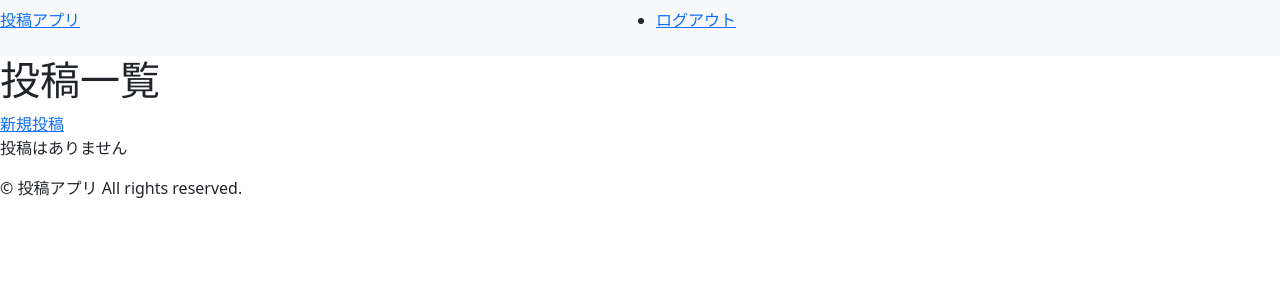
Repository: Yu62ballena/laravel_posting_app
Page: http://localhost/posts
The author's editor kept a copy of each file at every save. The page is drawn from the files as they stood at one save, then again after the next save.
The browser window is 1280 px wide. The pictures show the whole page.
The page is served by the project's Laravel application, run on PHP 8.4 with Laravel 10. A made-up administrator, Test User (test@example.com), is signed in. Other server files are loaded and not shown. Queries for data that is not in the repository find no rows.

Above is the page before, as saved 2024-05-21 13:49:15.

### routes/web.php
<?php

use App\Http\Controllers\ProfileController;
use Illuminate\Support\Facades\Route;
use App\Http\Controllers\PostController;

/*
|--------------------------------------------------------------------------
| Web Routes
|--------------------------------------------------------------------------
|
| Here is where you can register web routes for your application. These
| routes are loaded by the RouteServiceProvider and all of them will
| be assigned to the "web" middleware group. Make something great!
|
*/
Route::get('/', [PostController::class, 'index'])->middleware(['auth', 'verified'])->name('posts.index');

// Route::get('/dashboard', function () {
//     return view('dashboard');
// })->middleware(['auth', 'verified'])->name('dashboard');

// Route::middleware('auth')->group(function () {
//     Route::get('/profile', [ProfileController::class, 'edit'])->name('profile.edit');
//     Route::patch('/profile', [ProfileController::class, 'update'])->name('profile.update');
//     Route::delete('/profile', [ProfileController::class, 'destroy'])->name('profile.destroy');
// });

require __DIR__.'/auth.php';

// Route::get('/posts', [PostController::class, 'index'])->middleware(['auth', 'verified'])->name('posts.index');
// Route::get('/posts/create', [PostController::class, 'create'])->middleware(['auth', 'verified'])->name('posts.create');
// Route::post('/posts', [PostController::class, 'store'])->middleware(['auth', 'verified'])->name('posts.store');
// Route::get('/posts/{post}', [PostController::class, 'show'])->middleware(['auth', 'verified'])->name('posts.show');
// Route::get('/posts/{post}/edit', [PostController::class, 'edit'])->middleware(['auth', 'verified'])->name('posts.edit');
// Route::patch('/posts/{post}', [PostController::class, 'update'])->middleware(['auth', 'verified'])->name('posts.update');
// Route::delete('/posts/{post}', [PostController::class, 'destroy'])->middleware(['auth', 'verified'])->name('posts.destroy');

Route::resource('posts', PostController::class)->middleware(['auth', 'verified']);

### app/Models/User.php
<?php

namespace App\Models;

// use Illuminate\Contracts\Auth\MustVerifyEmail;
use Illuminate\Database\Eloquent\Factories\HasFactory;
use Illuminate\Foundation\Auth\User as Authenticatable;
use Illuminate\Notifications\Notifiable;
use Laravel\Sanctum\HasApiTokens;
use Illuminate\Contracts\Auth\MustVerifyEmail;

class User extends Authenticatable implements MustVerifyEmail
{
    use HasApiTokens, HasFactory, Notifiable;

    /**
     * The attributes that are mass assignable.
     *
     * @var array<int, string>
     */
    protected $fillable = [
        'name',
        'email',
        'password',
    ];

    /**
     * The attributes that should be hidden for serialization.
     *
     * @var array<int, string>
     */
    protected $hidden = [
        'password',
        'remember_token',
    ];

    /**
     * The attributes that should be cast.
     *
     * @var array<string, string>
     */
    protected $casts = [
        'email_verified_at' => 'datetime',
        'password' => 'hashed',
    ];

    public function posts() {
        return $this->hasMany(Post::class);
    }
}

### app/Http/Controllers/PostController.php
<?php

namespace App\Http\Controllers;

use Illuminate\Http\Request;
use App\Models\Post;
use Illuminate\Support\Facades\Auth;
use App\Http\Requests\PostRequest;

class PostController extends Controller
{
    public function index() {
        $posts = Auth::user()->posts()->orderBy('created_at', 'desc')->get();

        return view('posts.index', compact('posts'));
    }

    public function show(Post $post) {
        return view('posts.show', compact('post'));
    }

    public function create() {
        return view('posts.create');
    }

    public function store(PostRequest $request) {
        $post = new Post();
        $post->title = $request->input('title');
        $post->content = $request->input('content');
        $post->user_id = Auth::id();
        $post->save();

        return redirect()->route('posts.index')->with('flash_message', '投稿が完了しました。');
    }

    public function edit(Post $post) {
        if($post->user_id !== Auth::id()) {
            return redirect()->route('posts.index')->with('error_message', '不正なアクセスです。');
        }

        return view('posts.edit', compact('post'));
    }

    public function update(PostRequest $request, Post $post) {
        if($post->user_id !== Auth::id()) {
            return redirect()->route('posts.index')->with('error_message', '不正なアクセスです。');
        }

        $post->title = $request->input('title');
        $post->content = $request->input('content');
        $post->save();

        return redirect()->route('posts.show', $post)->with('flash_message', '投稿を編集しました。');
    }

    public function destroy(Post $post) {
        if($post->user_id !== Auth::id()) {
            return redirect()->route('posts.index')->with('error_message', '不正なアクセスです。');
        }

        $post->delete();

        return redirect()->route('posts.index')->with('flash_message', '投稿を削除しました。');
    }
}

### app/Models/Post.php
<?php

namespace App\Models;

use Illuminate\Database\Eloquent\Factories\HasFactory;
use Illuminate\Database\Eloquent\Model;

class Post extends Model
{
    use HasFactory;

    public function user() {
        return $this->belongsTo(User::class);
    }
}

### resources/views/posts/index.blade.php
<!DOCTYPE html>
<html lang="ja">
<head>
    <meta charset="UTF-8">
    <meta name="viewport" content="width=device-width, initial-scale=1.0">
    <meta http-equiv="X-UA-Compatible" content="ie=edge">
    <title>投稿一覧</title>

      {{-- Bootstrap --}}
      <link href="https://cdn.jsdelivr.net/npm/bootstrap@5.3.0/dist/css/bootstrap.min.css" rel="stylesheet" integrity="sha384-9ndCyUaIbzAi2FUVXJi0CjmCapSmO7SnpJef0486qhLnuZ2cdeRhO02iuK6FUUVM" crossorigin="anonymous">
</head>
<body>
    <header>
        <nav class="navbar navbar-light bg-light">
<p>
                <a href="{{ route('posts.index') }}">投稿アプリ</a>

                <ul>
                    <li>
                        <a href="{{ route('logout') }}" onclick="event.preventDefault(); document.getElementById('logout-form').submit();">ログアウト</a>
                        <form id="logout-form" action="{{ route('logout') }}" method="POST">
                            @csrf
                        </form>
                    </li>
                </ul>
</p>
        </nav>
    </header>

        <main>
            <h1>投稿一覧</h1>

            @if(session('flash_message'))
                <p>{{ session('flash_message') }}</p>
            @endif

            @if(session('error_message'))
                <p>{{ session('error_message') }}</p>
            @endif

            <a href="{{ route('posts.create') }}">新規投稿</a>

            @if($posts->isNotEmpty())
                @foreach ($posts as $post)
                    <article>
                        <h2>{{ $post->title }}</h2>
                        <p>{{ $post->content }}</p>
                        <a href="{{ route('posts.show', $post) }}">詳細</a>
                        <a href="{{ route('posts.edit', $post) }}">編集</a>
                        <form action="{{ route('posts.destroy', $post) }}" method="POST" onsubmit="return confirm('本当に削除してもよろしいですか？');">
                            @csrf
                            @method('DELETE')
                            <button type="submit">削除</button>
                        </form>
                    </article>
                @endforeach
            @else
                <p>投稿はありません</p>
            @endif
        </main>

        <footer>
            <p>&copy; 投稿アプリ All rights reserved.</p>
        </footer>

         {{-- Bootstrap --}}
     <script src="https://cdn.jsdelivr.net/npm/bootstrap@5.3.0/dist/js/bootstrap.bundle.min.js" integrity="sha384-geWF76RCwLtnZ8qwWowPQNguL3RmwHVBC9FhGdlKrxdiJJigb/j/68SIy3Te4Bkz" crossorigin="anonymous"></script>

</body>
</html>

Loaded but not shown: routes/auth.php (common file); app/Http/Controllers/Auth/EmailVerificationPromptController.php (common file); app/Http/Controllers/Controller.php (common file); app/Http/Controllers/Auth/VerifyEmailController.php (common file)

After the next save:
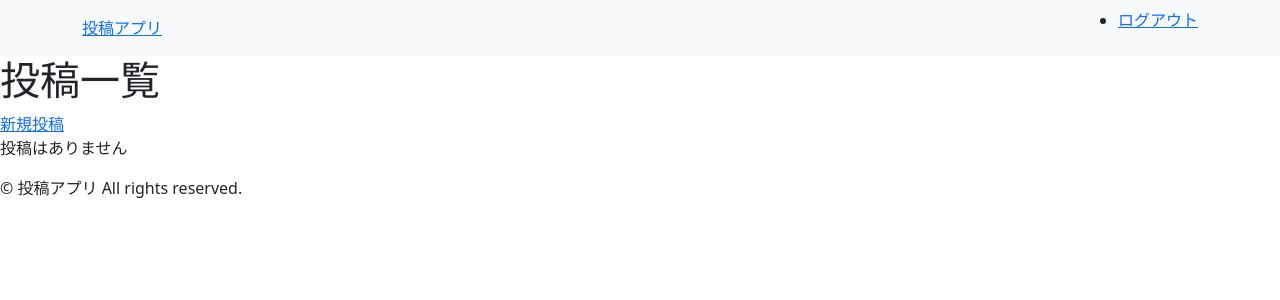
Saved 9 s later.
--- a/resources/views/posts/index.blade.php
+++ b/resources/views/posts/index.blade.php
@@ -12,7 +12,7 @@
 <body>
     <header>
         <nav class="navbar navbar-light bg-light">
-<p>
+<div class="container">
                 <a href="{{ route('posts.index') }}">投稿アプリ</a>
 
                 <ul>
@@ -23,7 +23,7 @@
                         </form>
                     </li>
                 </ul>
-</p>
+</div>
         </nav>
     </header>
 
